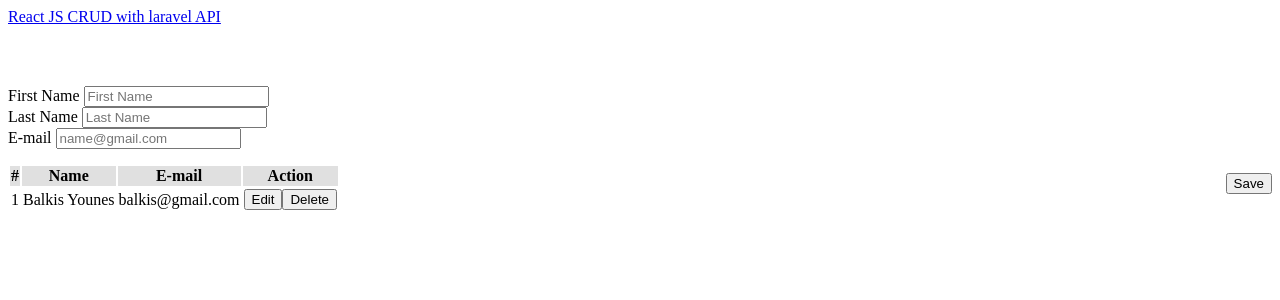
Repository: balkisys/react-js-crud
Page: /
The author's editor kept a copy of each file at every save. The page is drawn from the files as they stood at one save, then again after the next save.
The browser window is 1280 px wide. The pictures show the whole page.
The project was rebuilt for these pictures with package versions that can differ from the ones it lists, and the page was loaded fresh each time.

Above is the page before, as saved 2020-05-18 11:40:24.

After the next save:
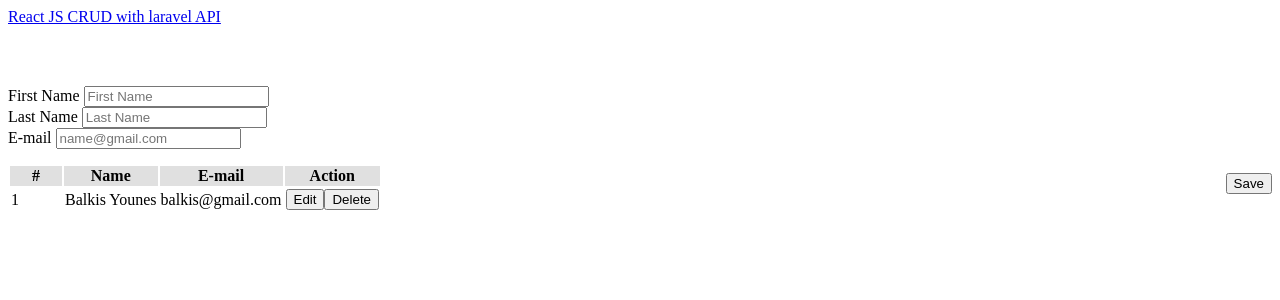
Saved 2 min 18 s later.
--- a/src/components/CustomerList.js
+++ b/src/components/CustomerList.js
@@ -8,7 +8,7 @@ class CustomerList extends Component {
               <table className="ui celled table">
                 <thead>
                      <tr>
-                         <th>#</th>
+                         <th style={{ width: '50px' , textAlign: "center"}}>#</th>
                          <th>Name</th>
                          <th>E-mail</th>
                          <th>Action </th>
